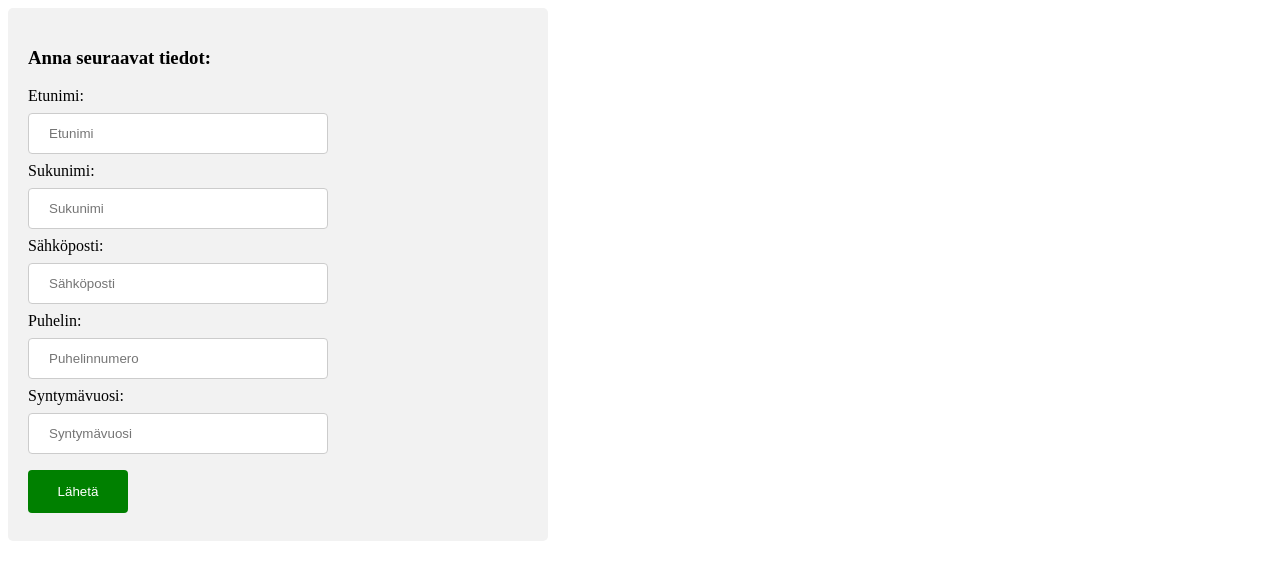
Repository: er-12/tehtava6
Page: http://localhost/t3/kysy.jsp
These files come from the project's save history. The page is drawn as it stood at one moment and after the next save; the edit follows.
The browser window is 1280 px wide. The pictures show the whole page.
The page is served by Tomcat 9.

Above is the page before, as saved 2021-04-17 11:18:56.

After the next save:
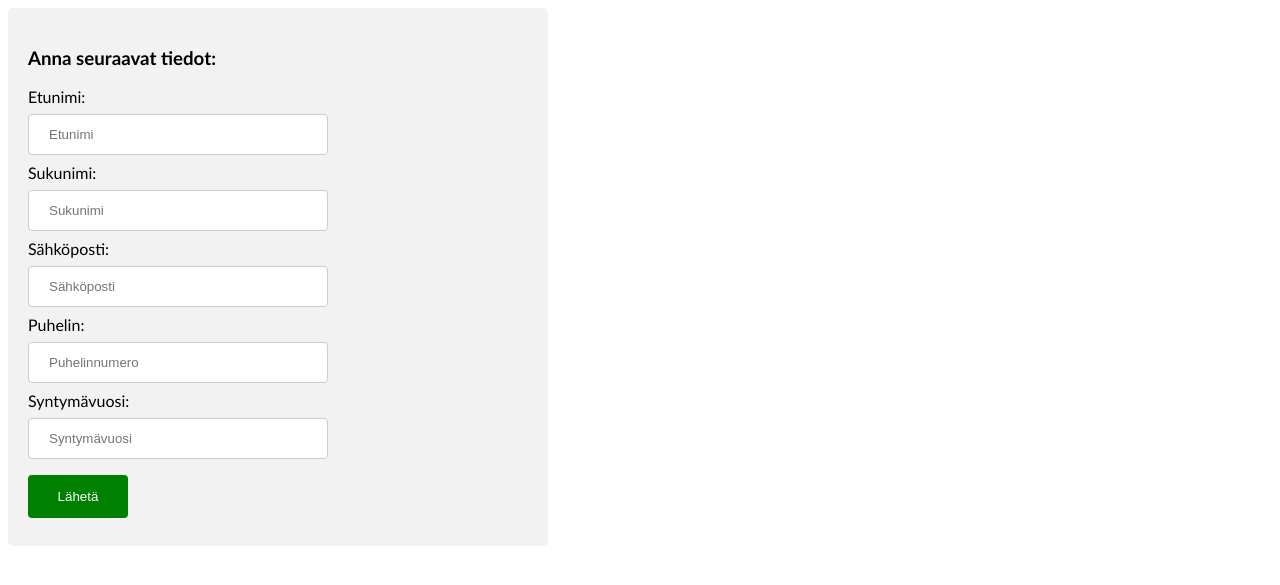
Saved 38 s later.
--- a/t3/WebContent/kysy.jsp
+++ b/t3/WebContent/kysy.jsp
@@ -3,7 +3,7 @@
 <!DOCTYPE html>
 <html>
 <style>
-input[type=text]{
+input[type=text] {
   width: 300px;
   padding: 12px 20px;
   margin: 8px 0;
@@ -28,6 +28,7 @@ div {
   background-color: #f2f2f2;
   padding: 20px;
   width: 500px;
+  font-family: calibri;
 }
 </style>
 <head>
